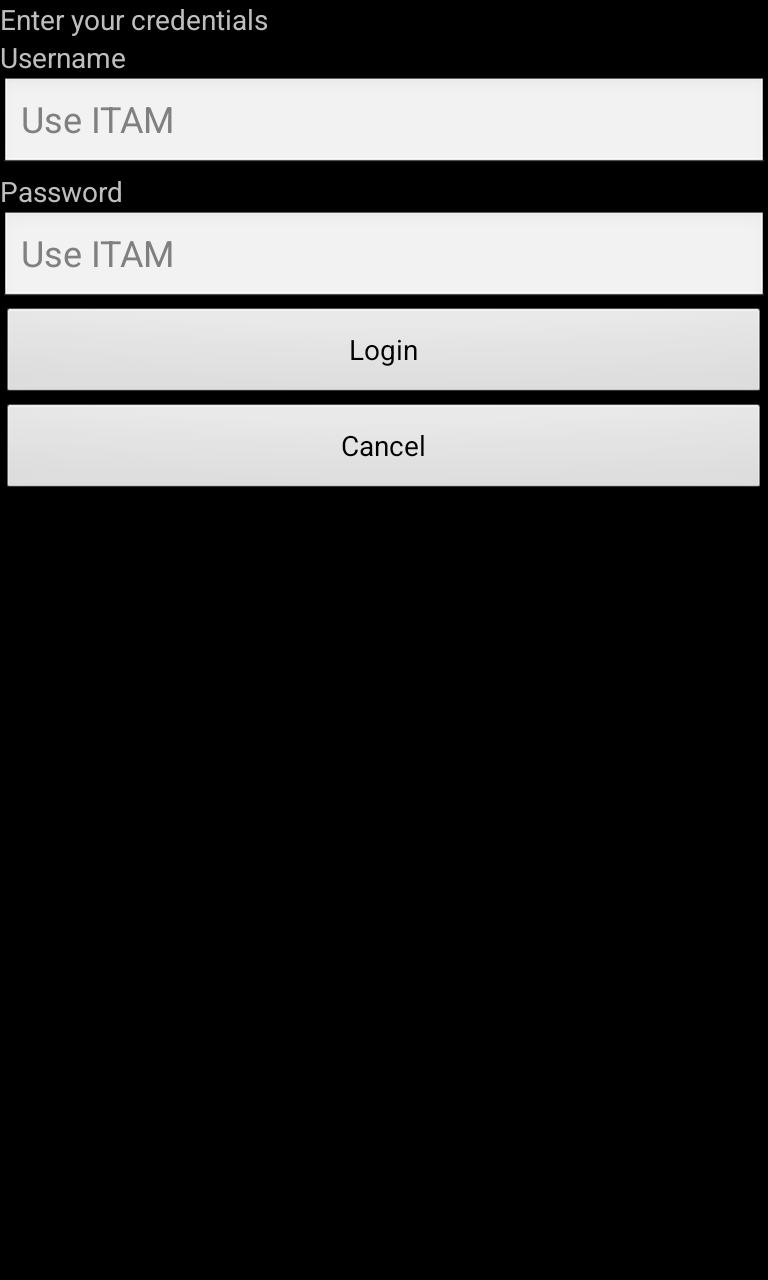
Repository: cogitovsmachina/Curso-Android-en-ITAM
Layout: SimpleLoginForm/res/layout/main.xml
An editor plug-in stored every save of this project. The layout is shown before and after the next save, followed by the edit.
It is drawn on a 768 x 1280 px phone screen (xhdpi) without system bars, with theme android:Theme; the app's code is not run.

Above is the layout before, as saved 2011-07-05 15:15:51.

After the next save:
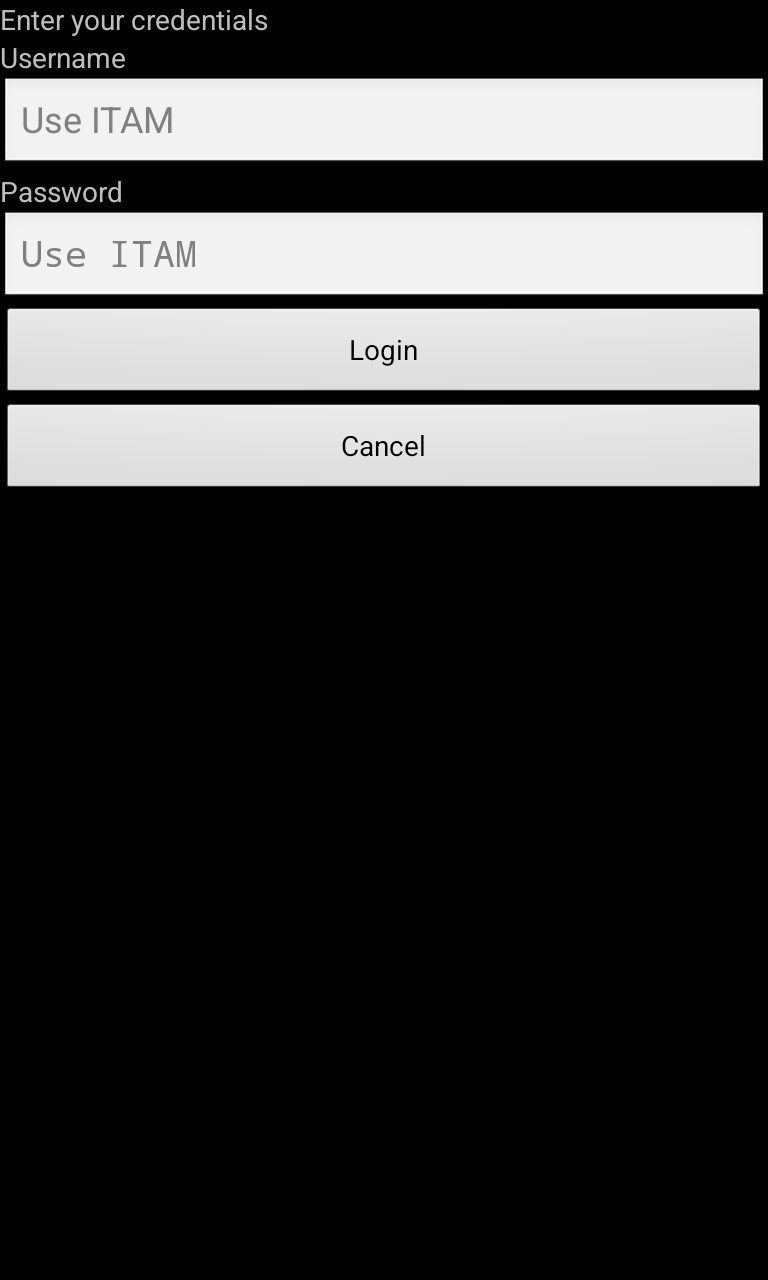
Saved 13 min 22 s later.
--- a/SimpleLoginForm/res/layout/main.xml
+++ b/SimpleLoginForm/res/layout/main.xml
@@ -29,6 +29,7 @@
     android:layout_width="fill_parent"
     android:layout_height="wrap_content"
     android:hint="Use ITAM"
+    android:password="true"
     android:id="@+id/password"
     />
 <Button
